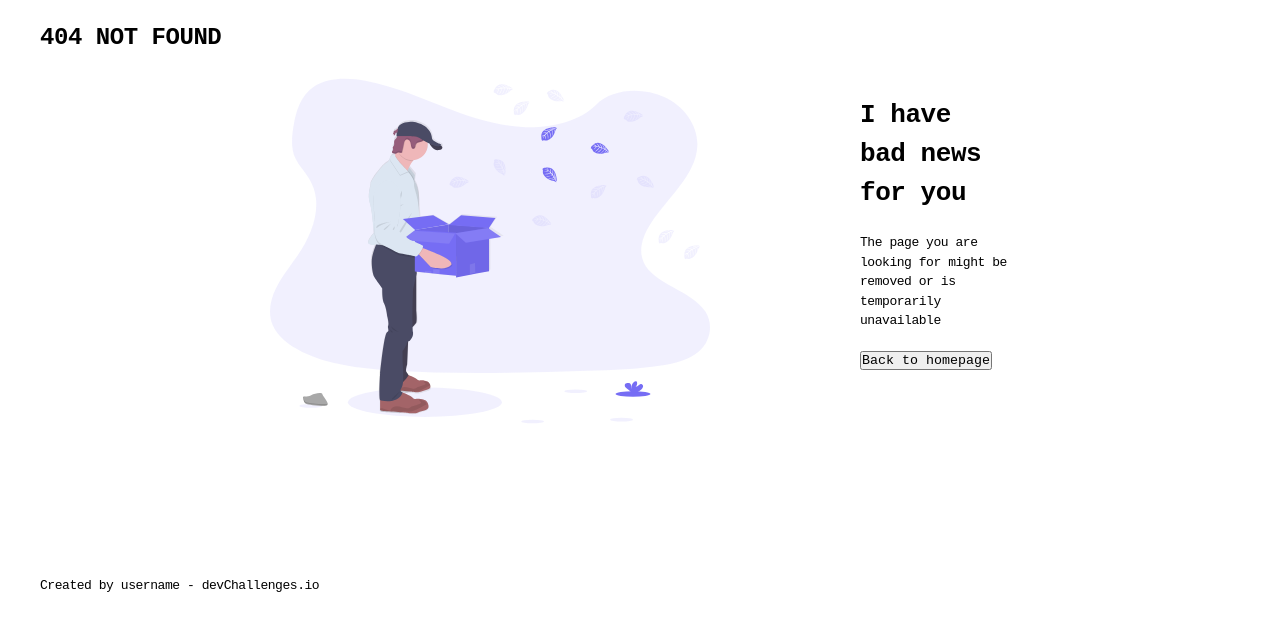
Repository: georgisenze/404-not-found-challeng
Page: index.html
These files come from the project's save history. The page is drawn as it stood at one moment and after a run of saves; the edit follows.
The browser window is 1280 px wide. The pictures show the whole page.

Above is the page before, as saved 2023-02-21 07:05:07.

After the next 2 saves:
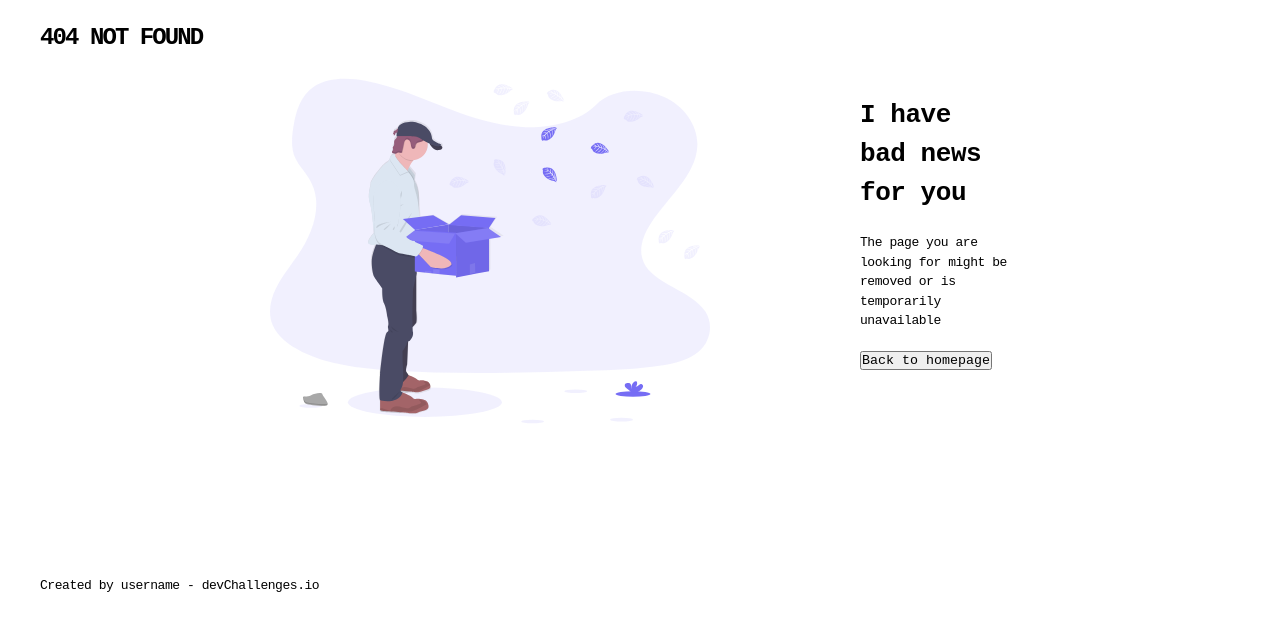
The 2 saves are shown as one change because they came seconds apart.
The last was saved 7 s later.
--- a/assets/css/style.css
+++ b/assets/css/style.css
@@ -19,7 +19,7 @@ header p {
     font-weight: 700;
     font-size: 24px;
     padding: 20px 0;
-    letter-spacing: ;
+    letter-spacing: -0.08em;
 }
 
 .container{
